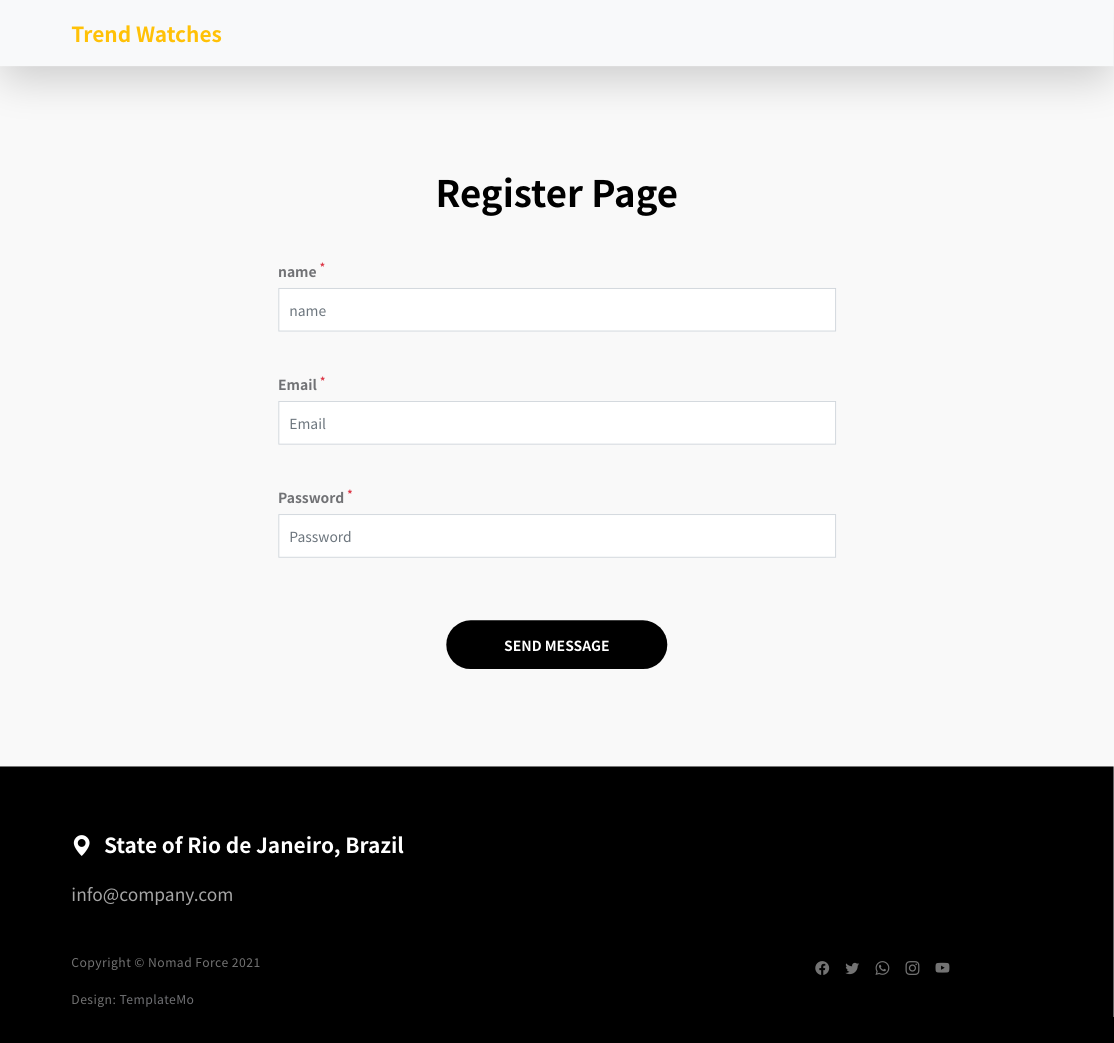
Repository: maqsudov0371/homework
Page: http://localhost/register-user
The author's editor kept a copy of each file at every save. The page is drawn from the files as they stood at one save, then again after the next save.
The browser window is 1280 px wide. The pictures show the whole page, at 87% of full size.
The page is served by the project's application, run on Django 5.2 (manage.py). Other server files are loaded and not shown.

Above is the page before, as saved 2024-07-13 15:59:09.

### templates/register.html
<!doctype html>
<html lang="en">
    {% load static %}
    <head>
        <meta charset="utf-8">
        <meta name="viewport" content="width=device-width, initial-scale=1">

        <meta name="description" content="">
        <meta name="author" content="">

        <title>Nomad Force HTML Bootstrap 5 Template</title>

        <!-- CSS FILES -->
        <link rel="preconnect" href="https://fonts.googleapis.com">

        <link rel="preconnect" href="https://fonts.gstatic.com" crossorigin>

        <link href="https://fonts.googleapis.com/css2?family=Noto+Sans+JP:wght@100;300;400;700;900&display=swap" rel="stylesheet">

        <link href="{% static 'css/bootstrap.min.css' %}" rel="stylesheet">
        <link href="{% static 'css/bootstrap-icons.css' %}" rel="stylesheet">

        <link rel="stylesheet" href="{% static 'css/magnific-popup.css' %} ">

        <link href="{% static 'css/aos.css' %}" rel="stylesheet">

        <link href="{% static 'css/templatemo-nomad-force.css' %}" rel="stylesheet">
<!--

TemplateMo 567 Nomad Force

https://templatemo.com/tm-567-nomad-force

-->
    </head>

    <body>

        <main>



            <nav class="navbar navbar-expand-lg bg-light shadow-lg">
                <div class="container">
                    <a class="navbar-brand" href="index.html">
                        <strong>Trend Watches</strong>
                    </a>

                    <button class="navbar-toggler" type="button" data-bs-toggle="collapse" data-bs-target="#navbarNav" aria-controls="navbarNav" aria-expanded="false" aria-label="Toggle navigation">
                        <span class="navbar-toggler-icon"></span>
                    </button>

                </div>
            </nav>



            <section class="news section-padding" id="news">
                <div class="container">
                    <div class="row">

                        <div class="col-lg-7 col-12 mx-auto">

                            <h2 class="mb-4 text-center aos-init aos-animate" data-aos="fade-up">Register Page</h2>

                            <form action="#" method="post" class="contact-form aos-init aos-animate" role="form" data-aos="fade-up">

                                {% csrf_token %}
                                <div class="row">
                                    <div class="col-12 my-4">
                                        <label for="name" class="form-label">name <sup class="text-danger">*</sup></label>

                                        <input type="text" name="name" id="name" class="form-control" placeholder="name" required="">
                                    </div>

                                    <div class="col-12 my-4">
                                        <label for="email" class="form-label">Email <sup class="text-danger">*</sup></label>

                                        <input type="text" name="email" id="email" class="form-control" placeholder="Email" required="">
                                    </div>


                                    <div class="col-lg-12 my-4">
                                        <label for="paswoord" class="form-label">Password <sup class="text-danger">*</sup></label>

                                        <input type="password" name="password" id="password"  class="form-control" placeholder="Password" >
                                    </div>

                                <div class="col-lg-5 col-12 mx-auto mt-5">
                                    <button type="submit" class="form-control">Send Message</button>
                                </div>
                            </form>
                        </div>
                </div>
            </section>




        </main>

        <footer class="site-footer">
            <div class="container">
                <div class="row">

                    <div class="col-12">
                        <h5 class="text-white">
                            <i class="bi-geo-alt-fill me-2"></i>
                            State of Rio de Janeiro, Brazil
                        </h5>

                        <a href="mailto:info@company.com" class="custom-link mt-3 mb-5">
                            info@company.com
                        </a>
                    </div>

                    <div class="col-6">
                        <p class="copyright-text mb-0">Copyright © Nomad Force 2021

                        <br><br>Design: <a href="https://templatemo.com/page/1" target="_parent">TemplateMo</a></p>

                    </div>

                    <div class="col-lg-3 col-5 ms-auto">
                        <ul class="social-icon">
                            <li><a href="#" class="social-icon-link bi-facebook"></a></li>

                            <li><a href="#" class="social-icon-link bi-twitter"></a></li>

                            <li><a href="#" class="social-icon-link bi-whatsapp"></a></li>

                            <li><a href="#" class="social-icon-link bi-instagram"></a></li>

                            <li><a href="#" class="social-icon-link bi-youtube"></a></li>
                        </ul>
                    </div>

                </div>
            </section>
        </footer>

        <!-- JAVASCRIPT FILES -->
        <script src="{% static 'js/jquery.min.js' %}"></script>
        <script src="{% static 'js/bootstrap.bundle.min.js' %}"></script>
        <script src="{% static 'js/jquery.sticky.js' %}"></script>
        <script src="{% static 'js/aos.js' %}"></script>
        <script src="{% static 'js/jquery.magnific-popup.min.js' %}"></script>
        <script src="{% static 'js/magnific-popup-options.js' %}"></script>
        <script src="{% static 'js/scrollspy.min.js' %}"></script>
        <script src="{% static 'js/custom.js' %}"></script>

    </body>
</html>

### main/views.py
from django.shortcuts import render
from . import models

def watches(request):
    posts = models.Watches.objects.all()

    context = {
        'post':posts
    }
    return render(request, 'watches.html', context)


def register_user(request):
    if request.method == 'POST':
        name = request.POST['name']
        email = request.POST['email']
        password = request.POST['password']

        user = models.User.objects.create(
            username = name,
            email = email
        )
        user.set_password(password)
        user.save()

    return render(request, 'register.html')


def appeals(request):
    if request.method == 'POST':
        name = request.POST['name']
        email = request.POST['email']
        appeal = request.POST['appeal']

        appeals = models.Appeal.objects.create(
            username = name,
            email = email,
            appeal = appeal
        )
        appeals.set__ap(appeal)
        appeals.save()
    return render(request, 'appeals.html')

### Watches/urls.py
"""
URL configuration for Watches project.

The `urlpatterns` list routes URLs to views. For more information please see:
    https://docs.djangoproject.com/en/5.0/topics/http/urls/
Examples:
Function views
    1. Add an import:  from my_app import views
    2. Add a URL to urlpatterns:  path('', views.home, name='home')
Class-based views
    1. Add an import:  from other_app.views import Home
    2. Add a URL to urlpatterns:  path('', Home.as_view(), name='home')
Including another URLconf
    1. Import the include() function: from django.urls import include, path
    2. Add a URL to urlpatterns:  path('blog/', include('blog.urls'))
"""
from django.contrib import admin
from django.urls import path, include
from django.conf import settings
from django.conf.urls.static import static

urlpatterns = [
    path('admin/', admin.site.urls),
    path('', include('main.urls'))
]+static(settings.MEDIA_URL, document_root=settings.MEDIA_ROOT)

### main/urls.py
from . import views
from django.urls import path

urlpatterns = [
    path('', views.watches),
    path('register-user', views.register_user, name='register_user'),
    path('appeals', views.appeals, name='appeal')
]

### static/css/templatemo-nomad-force.css
/*

TemplateMo 567 Nomad Force

https://templatemo.com/tm-567-nomad-force

*/

/*---------------------------------------
  CUSTOM PROPERTIES ( VARIABLES )
-----------------------------------------*/
:root {
  --white-color:                  #FFFFFF;
  --primary-color:                #ffc107;
  --section-bg-color:             #f9f9f9;
  --dark-color:                   #000000;
  --grey-color:                   #fcfeff;
  --text-secondary-white-color:   rgba(255, 255, 255, 0.98);
  --title-color:                  #565758;
  --p-color:                      #717275;

  --body-font-family:           'Noto Sans JP', sans-serif;

  --h1-font-size:               72px;
  --h2-font-size:               42px;
  --h3-font-size:               36px;
  --h4-font-size:               32px;
  --h5-font-size:               24px;
  --h6-font-size:               22px;
  --p-font-size:                20px;
  --copyright-text-font-size:   14px;
  --custom-link-font-size:      12px;

  --font-weight-light:          300;
  --font-weight-normal:         400;
  --font-weight-bold:           700;
  --font-weight-black:          900;
}

body,
html {
  height: 100%;
}

body {
    background: var(--white-color);
    font-family: var(--body-font-family);
    position: relative;
}

/*---------------------------------------
  TYPOGRAPHY
-----------------------------------------*/

h2,
h3,
h4,
h5,
h6 {
  color: var(--dark-color);
  line-height: inherit;
}

h1,
h2,
h3,
h4,
h5,
h6 {
  font-weight: var(--font-weight-bold);
}

h1,
h2 {
  font-weight: var(--font-weight-black);
}

h1 {
  font-size: var(--h1-font-size);
  line-height: normal;
}

h2 {
  font-size: var(--h2-font-size);
}

h3 {
  font-size: var(--h3-font-size);
}

h4 {
  font-size: var(--h4-font-size);
}

h5 {
  font-size: var(--h5-font-size);
}

h6 {
  font-size: var(--h6-font-size);
}

p {
  color: var(--p-color);
  font-size: var(--p-font-size);
  font-weight: var(--font-weight-light);
  letter-spacing: 0.5px;
}

.text-secondary-white-color {
  color: var(--text-secondary-white-color);
}

a,
button {
  touch-action: manipulation;
  transition: all 0.3s;
}

a {
  color: var(--p-color);
  text-decoration: none;
}

a:hover {
  color: var(--primary-color);
}

::selection {
  background: var(--dark-color);
  color: var(--white-color);
}

.custom-underline {
  border-bottom: 2px solid var(--white-color);
  color: var(--white-color);
  padding-bottom: 4px;
}

.videoWrapper {
  position: relative;
  padding-bottom: 56.25%; /* 16:9 */
  height: 0;
  z-index: -100;
}

.custom-video {
  position: absolute;
  top: 0;
  left: 0;
  width: 100%;
  height: 100%;
}

.overlay {
  background: linear-gradient(to top, #000, transparent 90%);
  position: absolute;
  top: 0;
  right: 0;
  bottom: 0;
  left: 0;
}

/*---------------------------------------
  CUSTOM LINK
-----------------------------------------*/
.custom-links {
  max-width: 230px;
}

.custom-link {
  position: relative;
  overflow: hidden;
  z-index: 1;
  display: inline-block;
  transition: all .3s cubic-bezier(.645,.045,.355,1);
}

.custom-link::after {
  content: "";
  width: 0;
  height: 2px;
  bottom: 0;
  position: absolute;
  left: auto;
  right: 0;
  z-index: -1;
  transition: width .6s cubic-bezier(.25,.8,.25,1) 0s;
  background: currentColor;
}

.custom-link:hover::after {
  width: 100%;
  left: 0;
  right: auto;
}

.custom-link:hover,
.custom-link:hover::after {
  color: var(--white-color);
}

b,
strong {
  font-weight: var(--font-weight-bold);
}

/*---------------------------------------
  NAVIGATION
-----------------------------------------*/

.navbar {
  z-index: 9;
  right: 0;
  left: 0;
  padding-top: 15px;
  padding-bottom: 15px;
}

.navbar-brand {
  color: var(--primary-color);
  font-size: 24px;
  font-weight: var(--font-weight-bold);
}

.navbar-expand-lg .navbar-nav .nav-link {
  padding-right: 15px;
  padding-left: 15px;
}

.navbar-nav .nav-link::after {
  content: "\f140";
  font-family: bootstrap-icons;
  display: inline-block;
  margin-left: 10px;
  color: var(--primary-color);
  opacity: 0;
  -webkit-transition: opacity 0.3s, -webkit-transform 0.3s;
  -moz-transition: opacity 0.3s, -moz-transform 0.3s;
  transition: opacity 0.3s, transform 0.3s;
  -webkit-transform: translateY(10px);
  -moz-transform: translateY(10px);
  transform: translateY(10px);
}

.navbar-nav .nav-link:hover::after {
  opacity: 1;
  -webkit-transform: translateY(0px);
  -moz-transform: translateY(0px);
  transform: translateY(0px);
}

.navbar-nav .nav-link {
  color: var(--p-color);
  font-size: 18px;
  font-weight: var(--font-weight-bold);
  position: relative;
}

.navbar-nav .nav-link:hover::after,
.navbar-nav .nav-item.active .nav-link::after {
  color: var(--primary-color);
  opacity: 1;
  -webkit-transform: translateY(0px);
  -moz-transform: translateY(0px);
  transform: translateY(0px);
}

.navbar-nav .nav-item.active .nav-link,
.nav-link:focus,
.nav-link:hover {
  color: var(--dark-color);
}

.nav-link:focus {
  color: var(--p-color);
}

.navbar-toggler {
  border: 0;
  padding: 0;
  cursor: pointer;
  margin: 0;
  width: 30px;
  height: 35px;
  outline: none;
}

.navbar-toggler:focus {
  outline: none;
  box-shadow: none;
}

.navbar-toggler[aria-expanded="true"] .navbar-toggler-icon {
  background: transparent;
}

.navbar-toggler[aria-expanded="true"] .navbar-toggler-icon:before,
.navbar-toggler[aria-expanded="true"] .navbar-toggler-icon:after {
  transition: top 300ms 50ms ease, -webkit-transform 300ms 350ms ease;
  transition: top 300ms 50ms ease, transform 300ms 350ms ease;
  transition: top 300ms 50ms ease, transform 300ms 350ms ease, -webkit-transform 300ms 350ms ease;
  top: 0;
}

.navbar-toggler[aria-expanded="true"] .navbar-toggler-icon:before {
  transform: rotate(45deg);
}

.navbar-toggler[aria-expanded="true"] .navbar-toggler-icon:after {
  transform: rotate(-45deg);
}

.navbar-toggler .navbar-toggler-icon {
  background: var(--dark-color);
  transition: background 10ms 300ms ease;
  display: block;
  width: 30px;
  height: 2px;
  position: relative;
}

.navbar-toggler .navbar-toggler-icon:before,
.navbar-toggler .navbar-toggler-icon:after {
  transition: top 300ms 350ms ease, -webkit-transform 300ms 50ms ease;
  transition: top 300ms 350ms ease, transform 300ms 50ms ease;
  transition: top 300ms 350ms ease, transform 300ms 50ms ease, -webkit-transform 300ms 50ms ease;
  position: absolute;
  right: 0;
  left: 0;
  background: var(--dark-color);
  width: 30px;
  height: 2px;
  content: '';
}

.navbar-toggler .navbar-toggler-icon:before {
  top: -8px;
}

.navbar-toggler .navbar-toggler-icon:after {
  top: 8px;
}

/*---------------------------------------
  HERO
-----------------------------------------*/
.hero {
  position: relative;
  overflow: hidden;
}

@media screen and (min-width: 992px) {
  .hero {
    height: 100vh;
  }

  .custom-video,
  .news-detail-image {
    object-fit: cover;
    width: 100vw;
    height: 100vh;
  }

  .sticky-wrapper {
    position: relative;
    bottom: 76px;
  }
}

.heroText {
  position: absolute;
  z-index: 9;
  top: 50%;
  left: 50%;
  transform: translate(-50%, -50%);
  width: 85%;
  text-align: center;
}

/*---------------------------------------
  ABOUT & TEAM MEMBERS
-----------------------------------------*/
.about-image,
.team-image {
  width: 100%;
  height: 100%;
  max-height: 635px;
  min-height: 475px;
  object-fit: cover;
}

.team-thumb {
  background: var(--white-color);
  position: absolute;
  bottom: 0;
  right: 0;
  width: 65%;
  padding: 22px 32px 32px 32px;
}

.carousel-control-next,
.carousel-control-prev {
  top: auto;
  bottom: 2.5rem;
}

.carousel-control-prev {
  right: 4rem;
  left: auto;
}

.carousel-control-next-icon,
.carousel-control-prev-icon {
  background-color: var(--dark-color);
  background-size: 50% 50%;
  border-radius: 100px;
  width: 3rem;
  height: 3rem;
}

/*---------------------------------------
  PORTFOLIO
-----------------------------------------*/
.portfolio-thumb {
  position: relative;
  overflow: hidden;
}

.portfolio-info {
  margin: 20px;
}

/*---------------------------------------
  NEWS & EVENTS
-----------------------------------------*/

.news,
.related-news {
  background: var(--section-bg-color);
}

.news-thumb {
  position: relative;
}

.news-category {
  background: var(--white-color);
  position: absolute;
  z-index: 9;
  top: 0;
  left: 0;
  padding: 4px 12px;
  display: inline-block;
}

.news-text-info {
  margin: 0 20px;
}

.news-title {
  margin-top: 15px;
  margin-bottom: 15px;
}

.news-title-link {
  color: var(--title-color);
  display: inline-block;
}

.news-title-link:hover {
  color: var(--dark-color);
}

.portfolio-image,
.news-image {
  display: block;
  transition: transform 0.6s ease-out;
}

.news-image-hover {
  display: inline-block;
  position: relative;
  overflow: hidden;
  z-index: 1;
  transition: all .3s cubic-bezier(.645,.045,.355,1);
  padding-bottom: 4px;
  height: 100%;
}

.news-image-hover::after {
  content: "";
  width: 0;
  height: 4px;
  bottom: 0;
  position: absolute;
  left: auto;
  right: 0;
  z-index: -1;
  transition: width .6s cubic-bezier(.25,.8,.25,1) 0s;
  background: #198754;
}

.news-image-hover-warning::after {
  background: #ffc107;
}

.news-image-hover-primary::after {
  background: #0d6efd;
}

.news-image-hover-success::after {
  background: #198754;
}

.news-image-hover:hover::after {
  width: 100%;
  left: 0;
  right: auto;
  z-index: 9;
}

.image-popup:hover .portfolio-image,
.news-image-hover:hover .news-image {
  transform: scale(1.02);
}

.news-two-column {
  min-height: 199px;
  margin-bottom: 16px;
}

.news-two-column .news-image {
  width: 100%;
  height: 100%;
  object-fit: cover;
}

.social-share-link,
.social-share-link + span {
  color: rgba(255, 255, 255, 0.65);
}

/*---------------------------------------
  SECTION
-----------------------------------------*/
.section-padding {
  padding-top: 7rem;
  padding-bottom: 7rem;
}

/*---------------------------------------
  CONTACT
-----------------------------------------*/
.contact-info {
  padding: 40px;
}

.contact-form .form-control {
  border-radius: 0;
  font-weight: var(--font-weight-normal);
  padding-top: 12px;
  padding-bottom: 12px;
}

.contact-form button[type='submit'] {
  background: var(--dark-color);
  border: none;
  border-radius: 100px;
  color: var(--white-color);
  font-weight: var(--font-weight-bold);
  text-transform: uppercase;
  padding: 16px;
  transition: all 0.6s ease-out;
}

.contact-form button[type='submit']:hover {
  background: var(--primary-color);
}

.form-label {
  color: var(--p-color);
  font-weight: var(--font-weight-bold);
}

.map-iframe {
  display: block;
  filter: grayscale(100);
}

/*---------------------------------------
  SITE FOOTER
-----------------------------------------*/
.site-footer {
  background: var(--dark-color);
  padding-top: 4.5rem;
  padding-bottom: 2.5rem;
}

.site-footer .custom-link {
  color: rgba(255, 255, 255, 0.65);
  font-size: var(--p-font-size);
}

.site-footer .custom-link:hover,
.site-footer .social-icon-link:hover {
  color: var(--white-color);
}

.copyright-text {
  color: rgba(255, 255, 255, 0.45);
  font-size: var(--copyright-text-font-size);
}

/*---------------------------------------
  SOCIAL ICON
-----------------------------------------*/
.social-icon {
  margin: 0;
  padding: 0;
}

.social-icon li {
  list-style: none;
  display: inline-block;
  vertical-align: top;
}

.social-icon-link {
  color: rgba(255, 255, 255, 0.45);
  font-size: 1rem;
  display: inline-block;
  vertical-align: top;
  margin-top: 4px;
  margin-bottom: 4px;
  margin-right: 15px;
}

.social-icon-link:hover {
  color: var(--primary-color);
}

/*---------------------------------------
  RESPONSIVE STYLES
-----------------------------------------*/
@media screen and (min-width: 1600px) {
  .news-two-column {
    min-height: 232.5px;
  }
}

@media screen and (max-width: 991px) {
  h1 {
    font-size: 48px;
  }

  h2 {
    font-size: 36px;
  }

  h3 {
    font-size: 32px;
  }

  h4 {
    font-size: 28px;
  }

  h5 {
    font-size: 20px;
  }

  h6 {
    font-size: 18px;
  }

  .navbar {
    padding-top: 10px;
    padding-bottom: 10px;
  }

  .section-padding {
    padding-top: 6rem;
    padding-bottom: 6rem;
  }

  .team-thumb {
    left: 0;
    width: auto;
  }

  .news-two-column {
    height: auto !important;
    min-height: inherit;
  }

  .news .col-12 .news-two-column:first-child {
    margin-bottom: 38px;
  }
}

@media screen and (max-width: 767px) {
  .news-detail-title {
    font-size: 36px;
  }
}

@media screen and (max-width: 360px) {
  h1 {
    font-size: 32px;
  }

  .heroText p {
    font-size: 14px;
  }
}

@media screen and (max-width: 359px) {
  .news-detail-title {
    font-size: 22px;
  }
}

### static/js/custom.js

  (function ($) {

  "use strict";

    // AOS ANIMATIONS
    AOS.init();

    // NAVBAR
    $('.navbar-nav .nav-link').click(function(){
        $(".navbar-collapse").collapse('hide');
    });

    // NEWS IMAGE RESIZE
    function NewsImageResize(){
      $(".navbar").scrollspy({ offset: -76 });

      var LargeImage = $('.large-news-image').height();

      var MinusHeight = LargeImage - 6;

      $('.news-two-column').css({'height' : (MinusHeight - LargeImage / 2) + 'px'});
    }

    $(window).on("resize", NewsImageResize);
    $(document).on("ready", NewsImageResize);

    $('a[href*="#"]').click(function (event) {
      if (
        location.pathname.replace(/^\//, '') == this.pathname.replace(/^\//, '') && location.hostname == this.hostname) {
        var target = $(this.hash);
        target = target.length ? target : $('[name=' + this.hash.slice(1) + ']');
        if (target.length) {
          event.preventDefault();
          $('html, body').animate({
            scrollTop: target.offset().top - 66
          }, 1000);
        }
      }
    });

  })(window.jQuery);

Loaded but not shown: static/css/bootstrap.min.css (library); static/css/bootstrap-icons.css (library); static/css/magnific-popup.css (library); static/css/aos.css (library); static/js/jquery.min.js (library); static/js/bootstrap.bundle.min.js (library); static/js/jquery.sticky.js (library); static/js/aos.js (library); static/js/jquery.magnific-popup.min.js (library); static/js/magnific-popup-options.js (common file); static/js/scrollspy.min.js (common file)

After the next save:
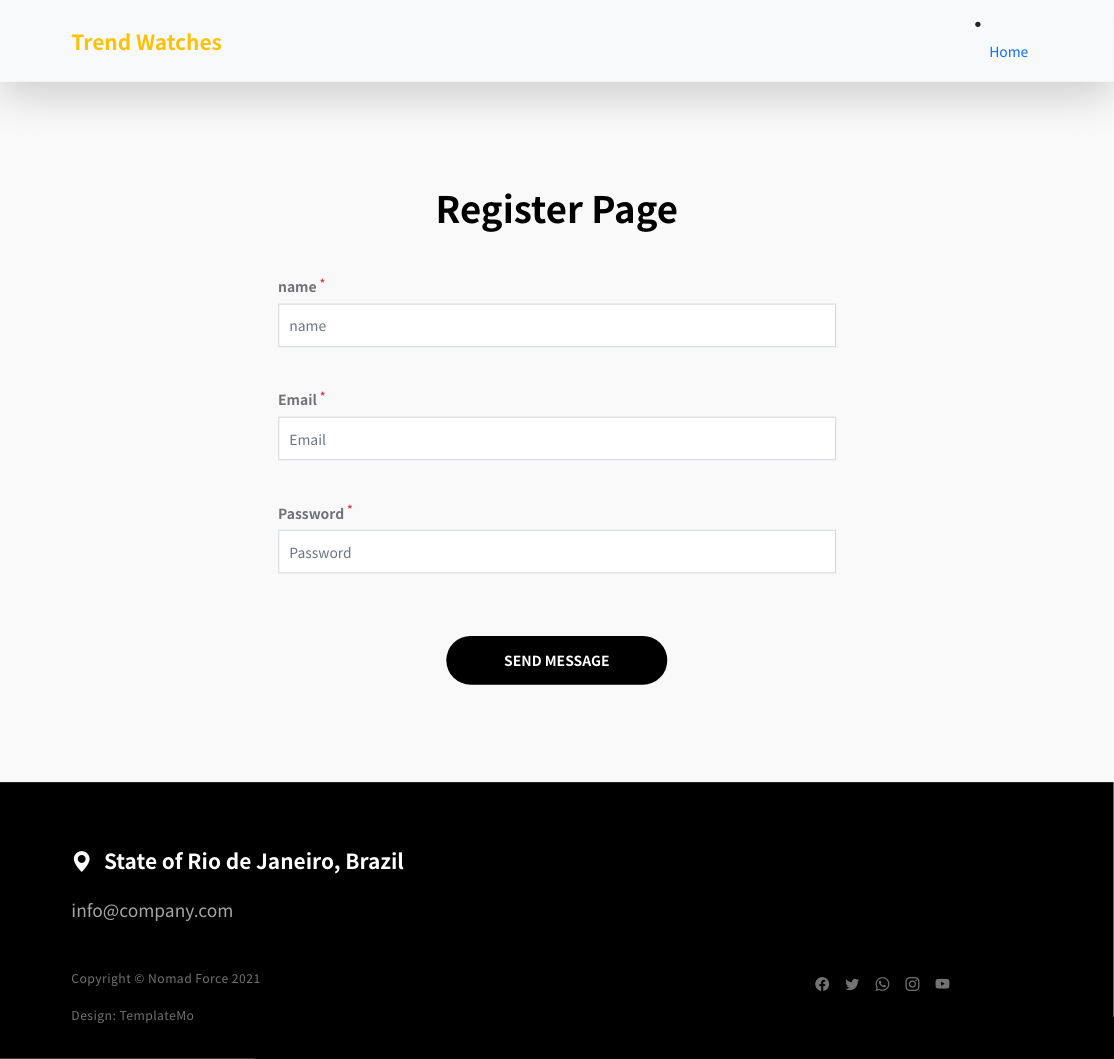
Saved 2 min 3 s later.
--- a/templates/register.html
+++ b/templates/register.html
@@ -45,6 +45,9 @@ https://templatemo.com/tm-567-nomad-force
                     <a class="navbar-brand" href="index.html">
                         <strong>Trend Watches</strong>
                     </a>
+                    <li class="nav-item active">
+                        <a class="nav-link" href="#hero">Home</a>
+                    </li>
 
                     <button class="navbar-toggler" type="button" data-bs-toggle="collapse" data-bs-target="#navbarNav" aria-controls="navbarNav" aria-expanded="false" aria-label="Toggle navigation">
                         <span class="navbar-toggler-icon"></span>
